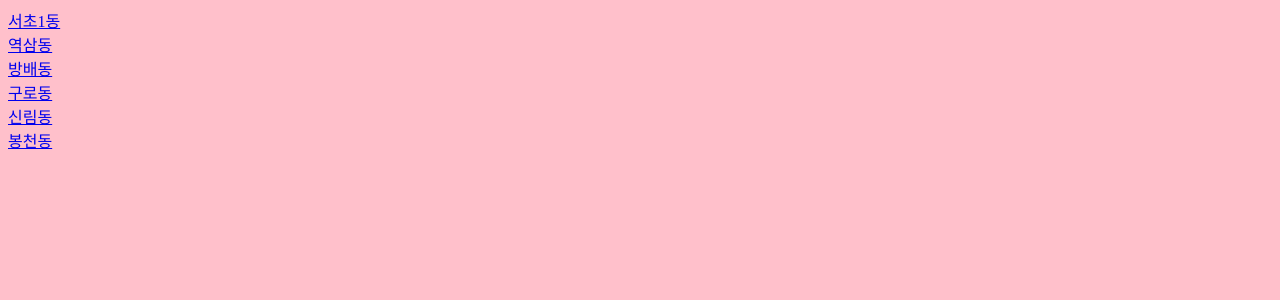
Repository: snowcuphea/webwork_class
Page: clientweb/WebContent/js_bom/js_popup.html
An editor plug-in stored every save of this project. The page is shown before and after the next save, followed by the edit.
The browser window is 1280 px wide. The pictures show the whole page.

Above is the page before, as saved 2020-01-08 05:11:20.

After the next save:
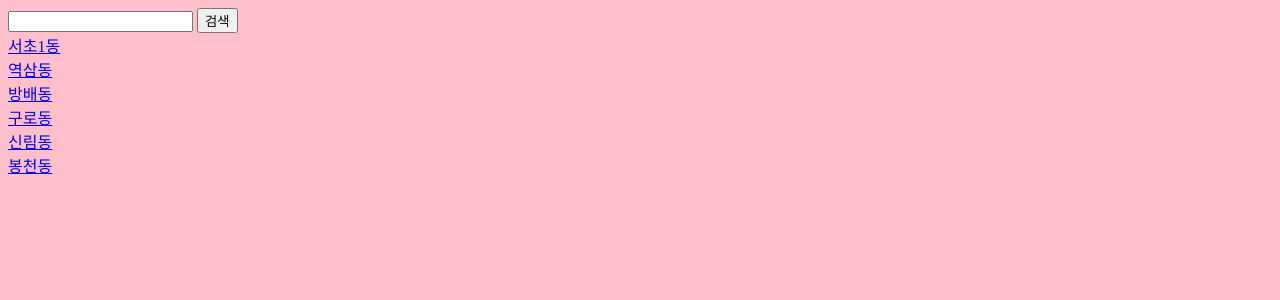
Saved 2 min 9 s later.
--- a/clientweb/WebContent/js_bom/js_popup.html
+++ b/clientweb/WebContent/js_bom/js_popup.html
@@ -5,6 +5,10 @@
 <title>Insert title here</title>
 </head>
 <body bgcolor="pink">
+	<form name = "mypopup" action="search.jsp">
+		<input type = "text" name="data">
+		<input type = "button" value ="검색" />
+	</form>
 	<a href ="#">서초1동</a><br/>
 	<a href ="#">역삼동</a><br/>
 	<a href ="#">방배동</a><br/>
